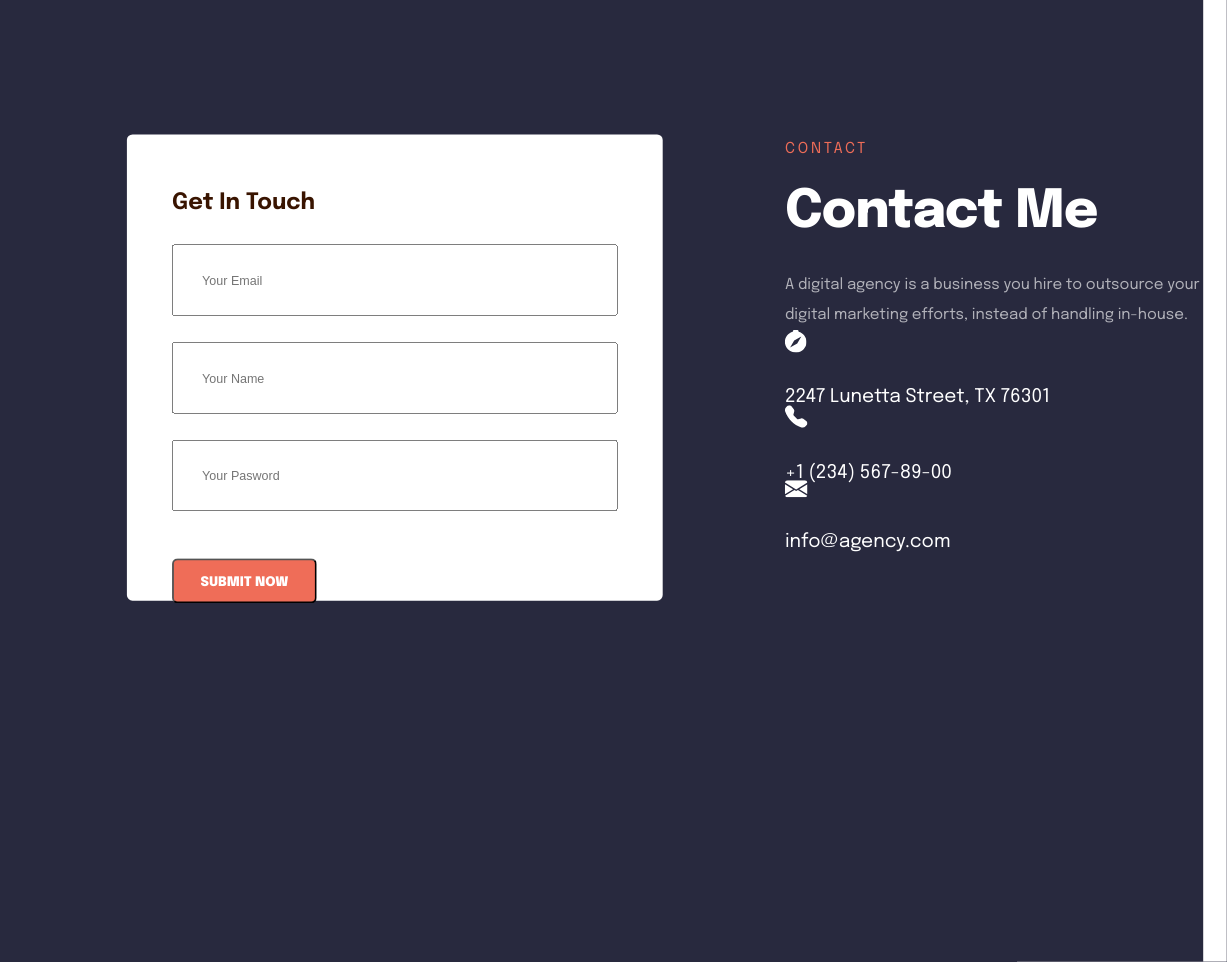
Repository: MehdiKerimov/Figma-Task-14
Page: index.html
These files come from the project's save history. The page is drawn as it stood at one moment and after the next save; the edit follows.
The browser window is 1280 px wide. The page is 1305 px wide, then 1280 px, so the pictures cover 1305 px, including what lies to the right of the window. The pictures show the whole page, at 94% of full size.

Above is the page before, as saved 2023-10-07 15:24:00.

After the next save:
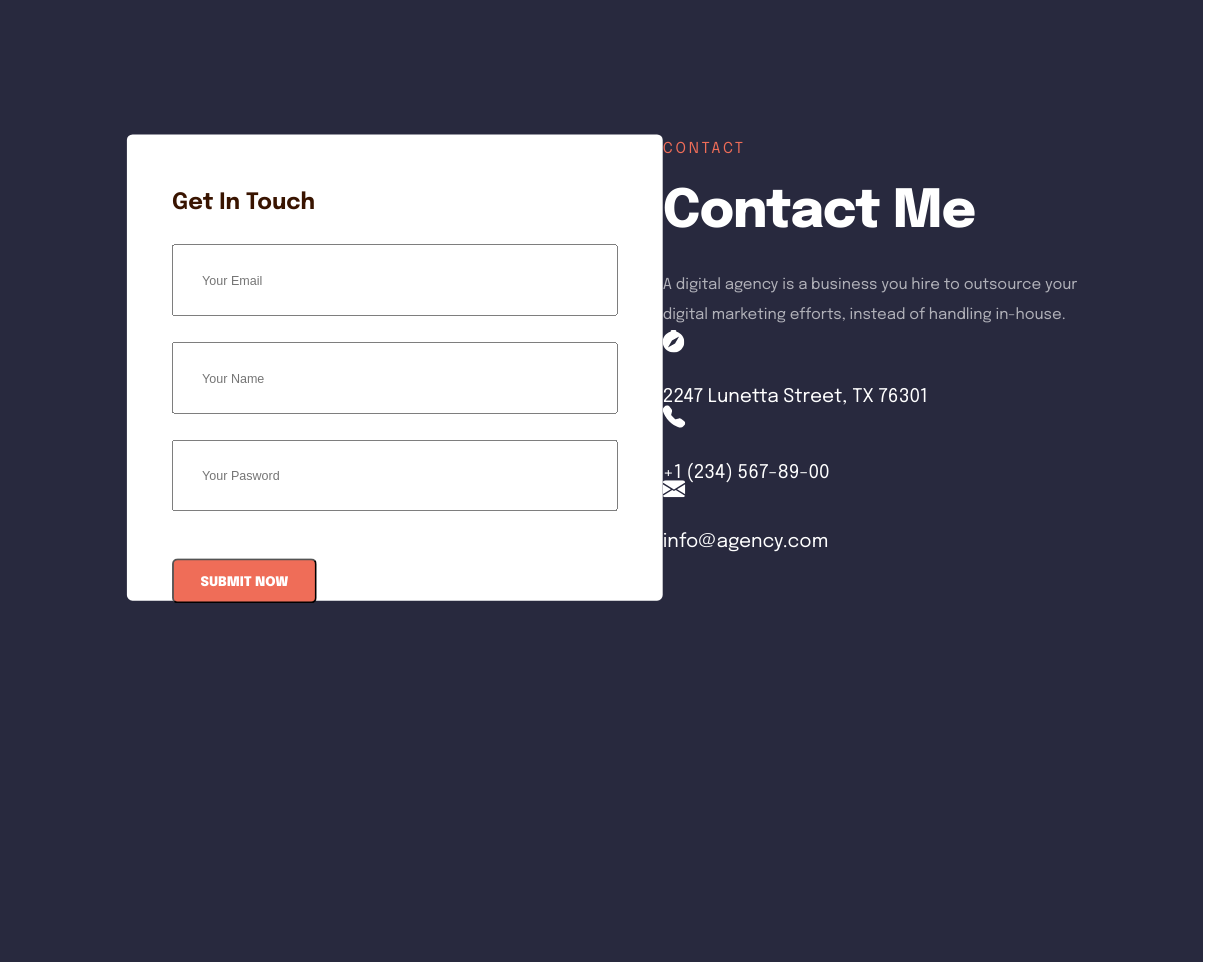
Saved 12 s later.
--- a/index.css
+++ b/index.css
@@ -12,7 +12,6 @@
   justify-content: space-between;
 }
 .container .box-container {
-  margin-right: 130px;
   padding: 57px 48px 48px 48px;
   width: 570px;
   height: 496px;
